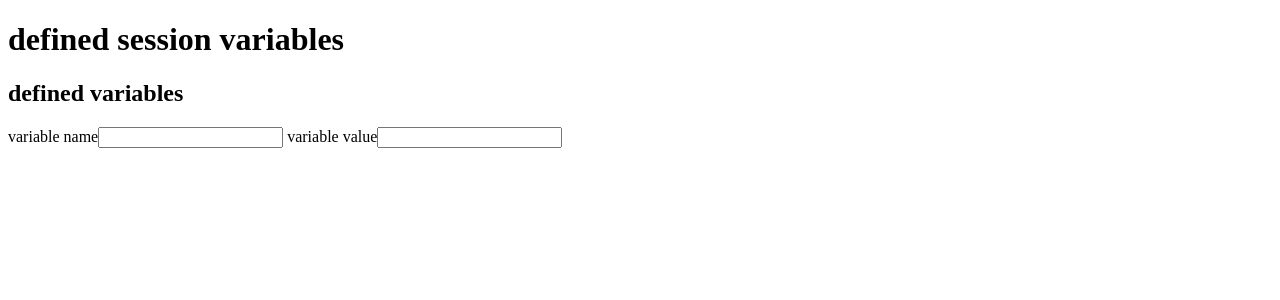
Repository: yousukeimura/attend_app
Page: Practice_php/lesson10.html
The author's editor kept a record of every edit. The page is drawn from the files as they stood at one moment, then again after the next edit.
The browser window is 1280 px wide. The pictures show the whole page.

Above is the page before.

After the next edit:
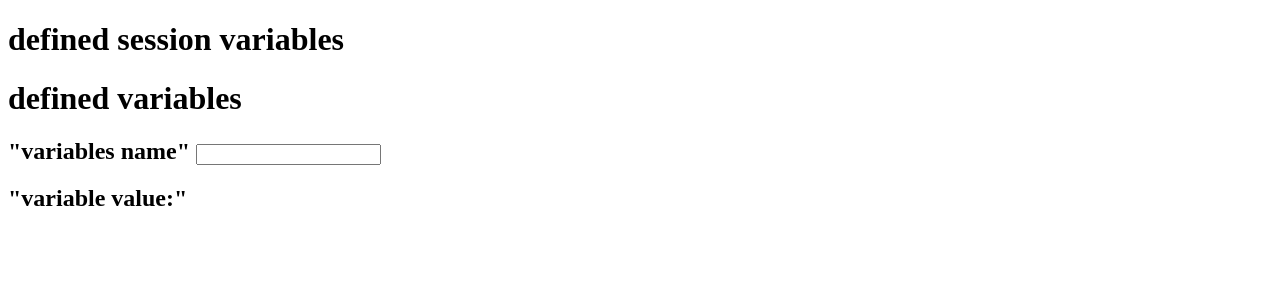
The edit:
--- a/Practice_php/lesson10.html
+++ b/Practice_php/lesson10.html
@@ -7,12 +7,13 @@
 <body>
  <form action="" method="POSt">
 <h1>defined session variables</h1>
-<h2>defined variables</h2>
-
-<form action="" method="POST">
-variable name<input type="text" name="name">
-variable value<input type="text" name="name">
-</form>
+<h1>defined variables</h1>
+<h2>"variables name"
+    <input type="text" name="var_name" value>
+</h2>
+<h2>
+ "variable value:"
+</h2>
 
 </body>
 </html>
